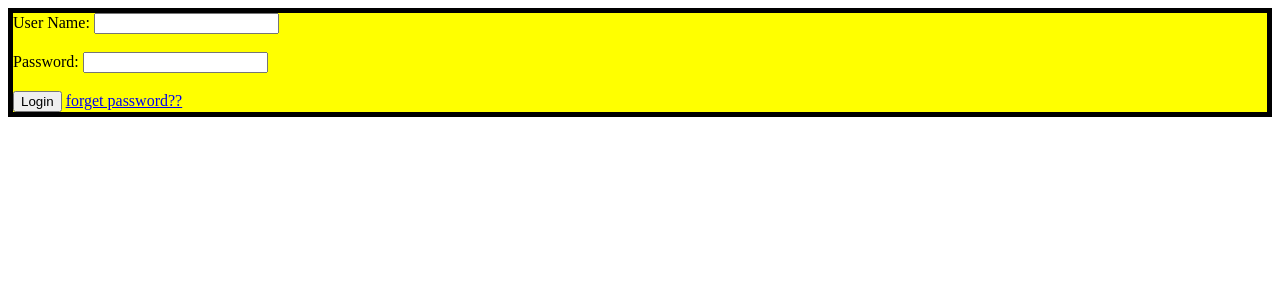
Repository: AmritOjha01/sms
Page: http://localhost/StudentManagementSystem/UserController?action=listUser
The author's editor kept a copy of each file at every save. The page is drawn from the files as they stood at one save, then again after the next save.
The browser window is 1280 px wide. The pictures show the whole page.
The page is served by Tomcat 9. Other server files are loaded and not shown.

Above is the page before, as saved 2017-03-27 11:10:23.

### StudentManagementSystem/WebContent/login.jsp
<%@ page language="java" contentType="text/html; charset=ISO-8859-1"
	pageEncoding="ISO-8859-1"%>
<!DOCTYPE html PUBLIC "-//W3C//DTD HTML 4.01 Transitional//EN" "http://www.w3.org/TR/html4/loose.dtd">
<html>
<head>
<meta http-equiv="Content-Type" content="text/html; charset=ISO-8859-1">
<title>Insert title here</title>
</head>
<body>
	<form action="LoginController" method="post"
		style="background-color: yellow; border-width: 5px; border-style: solid;">
		User Name: <input type="text" name="uName"><br> <br>
		Password: <input type="password" name="pass"><br> <br>
		<input type="submit" value="Login"> <a
			href="LoginController?action=getpassword">forget password??</a>
	</form>
</body>
</html>

### StudentManagementSystem/src/com/krishna/sis/controller/UserController.java
package com.krishna.sis.controller;

import java.io.IOException;
import java.text.ParseException;
import java.text.SimpleDateFormat;
import java.util.Date;

import javax.servlet.RequestDispatcher;
import javax.servlet.ServletException;
import javax.servlet.annotation.WebServlet;
import javax.servlet.http.HttpServlet;
import javax.servlet.http.HttpServletRequest;
import javax.servlet.http.HttpServletResponse;
import javax.servlet.http.HttpSession;

import com.krishna.sis.dto.UserDTO;
import com.krishna.sis.service.UserService;
import com.krishna.sis.service.UserServiceImpl;
import com.krishna.sis.util.EmailUtility;

@WebServlet("/UserController")
public class UserController extends HttpServlet {
	private static final long serialVersionUID = 1L;
	private static String INSERT_OR_EDIT = "/userCreate.jsp";
	private static String LIST_USER = "/userList.jsp";
	private static String LOGIN = "/login.jsp";
	private static String PREVIOUS_PWD = "/previousUserPassword.jsp";

	private UserService userService;

	public UserController() {
		super();
		userService = new UserServiceImpl();
	}

	protected void doGet(HttpServletRequest request, HttpServletResponse response)
			throws ServletException, IOException {
		String forward = "";
		String name = "";
		HttpSession session = request.getSession(false);
		if (session != null)
			name = (String) session.getAttribute("uname");
		else
			name = null;
		if (name != null) {
			String action = request.getParameter("action");

			if (action.equalsIgnoreCase("delete")) {
				int userId = Integer.parseInt(request.getParameter("userid"));
				userService.deleteUser(userId);
				forward = LIST_USER;
				request.setAttribute("users", userService.getAllUsers());
			} else if (action.equalsIgnoreCase("edit")) {
				forward = INSERT_OR_EDIT;
				int userId = Integer.parseInt(request.getParameter("userid"));
				UserDTO user = userService.getUserById(userId);
				request.setAttribute("user", user);
			} else if (action.equalsIgnoreCase("listUser")) {
				forward = LIST_USER;
				request.setAttribute("users", userService.getAllUsers());
			} else if (action.equalsIgnoreCase("insert")) {
				forward = INSERT_OR_EDIT;
			} else {
				forward = PREVIOUS_PWD;

			}
		} else {
			forward = LOGIN;
		}
		RequestDispatcher view = request.getRequestDispatcher(forward);
		view.forward(request, response);
	}

	protected void doPost(HttpServletRequest request, HttpServletResponse response)
			throws ServletException, IOException {
		UserDTO userDTO = new UserDTO();
		userDTO.setFirstName(request.getParameter("firstName"));
		userDTO.setLastName(request.getParameter("lastName"));
		userDTO.setUsername(request.getParameter("username"));
		userDTO.setPassword(request.getParameter("password"));
		String dateOfBirth = request.getParameter("dob");
		try {
			Date dob = new SimpleDateFormat("yyyy-MM-dd").parse(dateOfBirth);
			userDTO.setDob(dob);
		} catch (ParseException e) {
			e.printStackTrace();
		}
		userDTO.setEmail(request.getParameter("email"));
		String userid = request.getParameter("userid");
		if (userid == null || userid.isEmpty()) {
			userService.saveUser(userDTO);
			EmailUtility.sendEmail(userDTO.getPassword());
		} else {
			userDTO.setUserId(Integer.parseInt(userid));
			userService.updateUser(userDTO);
		}

		RequestDispatcher view = request.getRequestDispatcher(LIST_USER);
		request.setAttribute("users", userService.getAllUsers());
		view.forward(request, response);
	}
}

### StudentManagementSystem/src/com/krishna/sis/service/UserServiceImpl.java
package com.krishna.sis.service;

import java.util.List;

import com.krishna.sis.dao.UserDao;
import com.krishna.sis.dao.UserDaoImpl;
import com.krishna.sis.dto.UserDTO;

public class UserServiceImpl implements UserService {

	UserDao userDao = new UserDaoImpl();

	@Override
	public boolean saveUser(UserDTO userDTO) {
		return userDao.saveUser(userDTO);
	}

	@Override
	public boolean updateUser(UserDTO userDTO) {
		return userDao.updateUser(userDTO);
	}

	@Override
	public List<UserDTO> getAllUsers() {
		return userDao.getAllUsers();
	}

	@Override
	public UserDTO getUserById(int userId) {
		return userDao.getUserById(userId);
	}

	@Override
	public void deleteUser(int userId) {
		userDao.deleteUser(userId);

	}

	@Override
	public UserDTO getUserByUserNameAndPassword(String username, String password) {
		return userDao.getUserByUserNameAndPassword(username, password);
	}

	@Override
	public UserDTO getPasswordByEmail(String email) {

		return userDao.getPasswordByEmail(email);
	}

	@Override
	public UserDTO getPasswordByPassword(String pwd) {

		return userDao.getPasswordByPassword(pwd);
	}

}

### StudentManagementSystem/src/com/krishna/sis/dao/UserDao.java
package com.krishna.sis.dao;

import java.util.List;

import com.krishna.sis.dto.UserDTO;

public interface UserDao {
	public boolean saveUser(UserDTO userDTO);

	public boolean updateUser(UserDTO userDTO);

	public List<UserDTO> getAllUsers();

	public UserDTO getUserById(int userId);

	public void deleteUser(int userId);

	public UserDTO getUserByUserNameAndPassword(String username, String password);

	public UserDTO getPasswordByEmail(String email);

	public UserDTO getPasswordByPassword(String pwd);
}

### StudentManagementSystem/src/com/krishna/sis/dao/UserDaoImpl.java
package com.krishna.sis.dao;

import java.sql.PreparedStatement;
import java.sql.ResultSet;
import java.util.ArrayList;
import java.util.List;

import com.krishna.sis.dto.UserDTO;
import com.krishna.sis.util.DbUtil;
import com.krishna.sis.util.QueryUtil;

public class UserDaoImpl implements UserDao {
	public boolean saveUser(UserDTO userDTO) {
		PreparedStatement ps = null;
		int savedUser = 0;
		try {
			ps = DbUtil.getConnection().prepareStatement(QueryUtil.CREATE_USER);
			// ps.setNull(1, java.sql.Types.INTEGER);
			ps.setString(1, userDTO.getFirstName());
			ps.setString(2, userDTO.getLastName());
			ps.setString(3, userDTO.getEmail());
			ps.setDate(4, new java.sql.Date(userDTO.getDob().getTime()));
			ps.setString(5, userDTO.getUsername());
			ps.setString(6, userDTO.getPassword());
			savedUser = ps.executeUpdate();

		} catch (Exception ex) {
			ex.printStackTrace();
		} finally {
			DbUtil.closeAll(ps);
		}
		if (savedUser >= 1) {
			return true;
		}
		return false;
	}

	public boolean updateUser(UserDTO userDTO) {
		PreparedStatement ps = null;
		int uUpdated = 0;
		try {
			ps = DbUtil.getConnection().prepareStatement(QueryUtil.UPDATE_USER);
			ps.setString(1, userDTO.getFirstName());
			ps.setString(2, userDTO.getLastName());
			ps.setString(3, userDTO.getEmail());
			ps.setDate(4, new java.sql.Date(userDTO.getDob().getTime()));
			ps.setString(5, userDTO.getPassword());
			ps.setInt(6, userDTO.getUserId());
			uUpdated = ps.executeUpdate();
		} catch (Exception ex) {
			ex.printStackTrace();
		} finally {
			DbUtil.closeAll(ps);
		}
		if (uUpdated >= 1) {
			return true;
		}
		return false;
	}

	public List<UserDTO> getAllUsers() {
		List<UserDTO> users = new ArrayList<UserDTO>();
		PreparedStatement ps = null;
		try {
			ps = DbUtil.getConnection().prepareStatement(QueryUtil.GET_ALL_USER);
			ResultSet rs = ps.executeQuery();
			while (rs.next()) {
				UserDTO userDTO = new UserDTO();
				userDTO.setUserId(rs.getInt("user_id"));
				userDTO.setFirstName(rs.getString("first_name"));
				userDTO.setLastName(rs.getString("last_name"));
				userDTO.setDob(rs.getDate("dob"));
				userDTO.setEmail(rs.getString("email"));
				userDTO.setUsername(rs.getString("username"));
				users.add(userDTO);
			}
		} catch (Exception ex) {
			ex.printStackTrace();
		} finally {
			DbUtil.closeAll(ps);
		}

		return users;
	}

	public UserDTO getUserById(int userId) {
		UserDTO user = new UserDTO();
		PreparedStatement ps = null;
		try {
			ps = DbUtil.getConnection().prepareStatement(QueryUtil.GET_USER_BY_ID);
			ps.setInt(1, userId);
			ResultSet rs = ps.executeQuery();
			if (rs.next()) {
				user.setUserId(rs.getInt("user_id"));
				user.setFirstName(rs.getString("first_name"));
				user.setLastName(rs.getString("last_name"));
				user.setDob(rs.getDate("dob"));
				user.setEmail(rs.getString("email"));
				user.setUsername(rs.getString("username"));
			}
		} catch (Exception ex) {
			ex.printStackTrace();
		} finally {
			DbUtil.closeAll(ps);
		}
		return user;
	}

	public void deleteUser(int userId) {
		PreparedStatement ps = null;
		try {
			ps = DbUtil.getConnection().prepareStatement(QueryUtil.DELETE_USER);
			ps.setInt(1, userId);
			ps.executeUpdate();

		} catch (Exception ex) {
			ex.printStackTrace();
		} finally {
			DbUtil.closeAll(ps);
		}
	}

	public UserDTO getUserByUserNameAndPassword(String username, String password) {
		UserDTO user = new UserDTO();
		PreparedStatement ps = null;
		try {
			ps = DbUtil.getConnection().prepareStatement(QueryUtil.GET_USER_BY_USERNAME_AND_PASSWORD);
			ps.setString(1, username);
			ps.setString(2, password);
			ResultSet rs = ps.executeQuery();
			if (rs.next()) {
				user.setUserId(rs.getInt("user_id"));
				user.setUsername(rs.getString("username"));
				user.setPassword(rs.getString("password"));
			}
		} catch (Exception ex) {
			ex.printStackTrace();
		} finally {
			DbUtil.closeAll(ps);
		}
		return user;
	}

	@Override
	public UserDTO getPasswordByEmail(String email) {
		UserDTO user = new UserDTO();
		PreparedStatement ps = null;
		try {
			ps = DbUtil.getConnection().prepareStatement(QueryUtil.GET_BY_EMAIL);
			ps.setString(1, email);
			ResultSet rs = ps.executeQuery();
			if (rs.next()) {
				user.setUserId(rs.getInt("user_id"));
				user.setFirstName(rs.getString("first_name"));
				user.setLastName(rs.getString("last_name"));
				user.setDob(rs.getDate("dob"));
				user.setEmail(rs.getString("email"));
				user.setUsername(rs.getString("username"));
				user.setPassword(rs.getString("password"));
			}
		} catch (Exception ex) {
			ex.printStackTrace();
		} finally {
			DbUtil.closeAll(ps);
		}
		return user;
	}

	@Override
	public UserDTO getPasswordByPassword(String pwd) {

		UserDTO user = new UserDTO();
		PreparedStatement ps = null;
		try {
			ps = DbUtil.getConnection().prepareStatement(QueryUtil.GET_PASSWORD_BY_PASSWORD);
			ps.setString(1, pwd);
			ResultSet rs = ps.executeQuery();
			if (rs.next()) {
				user.setUserId(rs.getInt("user_id"));
				user.setFirstName(rs.getString("first_name"));
				user.setLastName(rs.getString("last_name"));
				user.setDob(rs.getDate("dob"));
				user.setEmail(rs.getString("email"));
				user.setUsername(rs.getString("username"));
				user.setPassword(rs.getString("password"));
			}
		} catch (Exception ex) {
			ex.printStackTrace();
		} finally {
			DbUtil.closeAll(ps);
		}
		return user;
	}
}

After the next save:
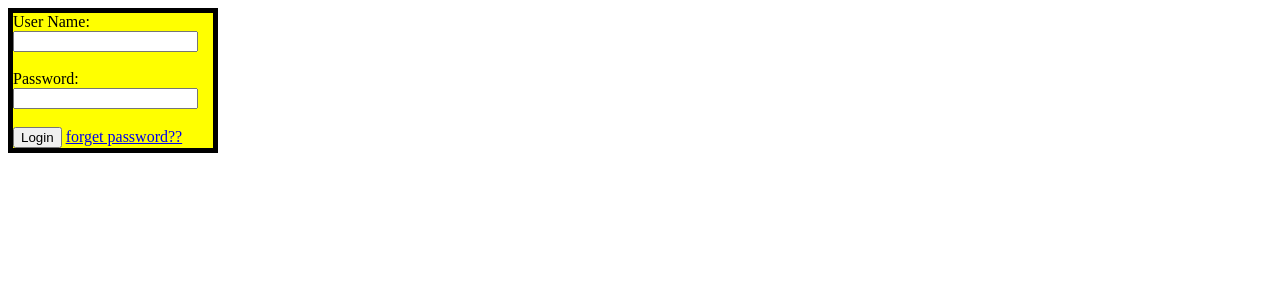
Saved 43 s later.
--- a/StudentManagementSystem/WebContent/login.jsp
+++ b/StudentManagementSystem/WebContent/login.jsp
@@ -8,7 +8,7 @@
 </head>
 <body>
 	<form action="LoginController" method="post"
-		style="background-color: yellow; border-width: 5px; border-style: solid;">
+		style="background-color: yellow; width: 200px; border-width: 5px; border-style: solid;">
 		User Name: <input type="text" name="uName"><br> <br>
 		Password: <input type="password" name="pass"><br> <br>
 		<input type="submit" value="Login"> <a
